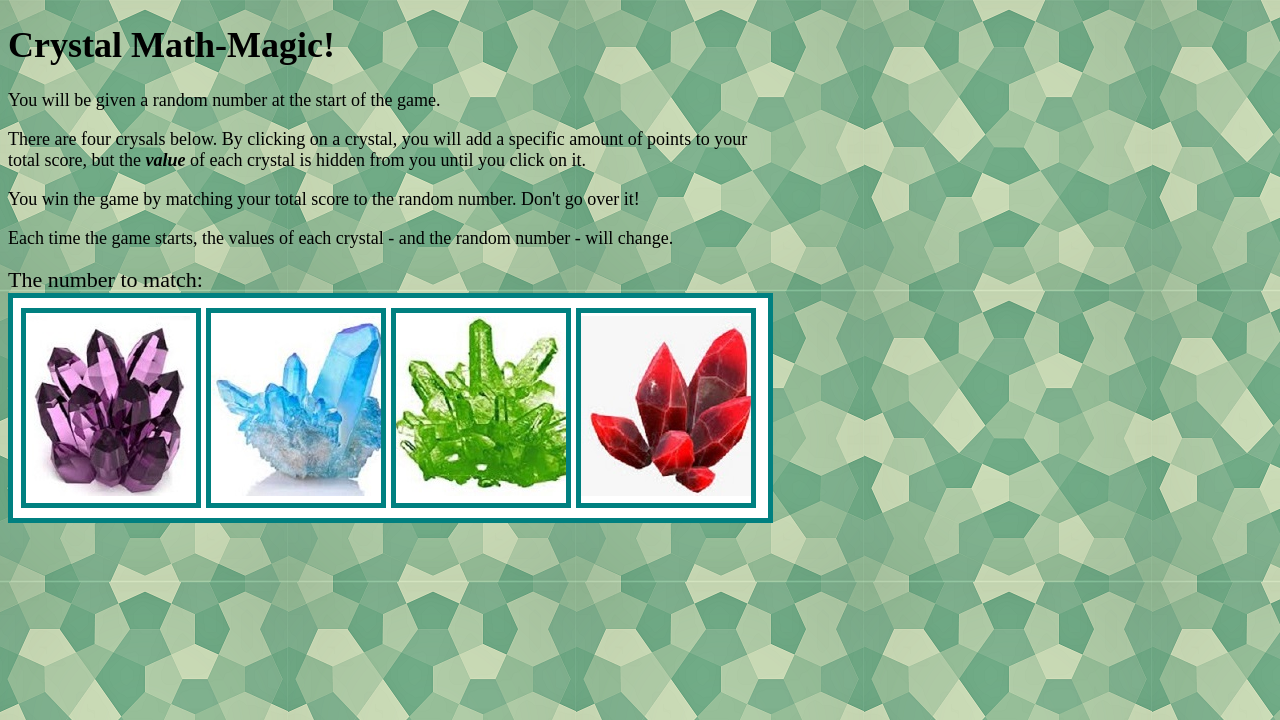
Repository: dsaftler/unit-4-game
Page: index.html
An editor plug-in stored every save of this project. The page is shown before and after the next save, followed by the edit.
The browser window is 1280 px wide. The pictures show the whole page.
Some web fonts or font styles are not loaded; a fallback is used.

Above is the page before, as saved 2019-04-01 19:29:18.

After the next save:
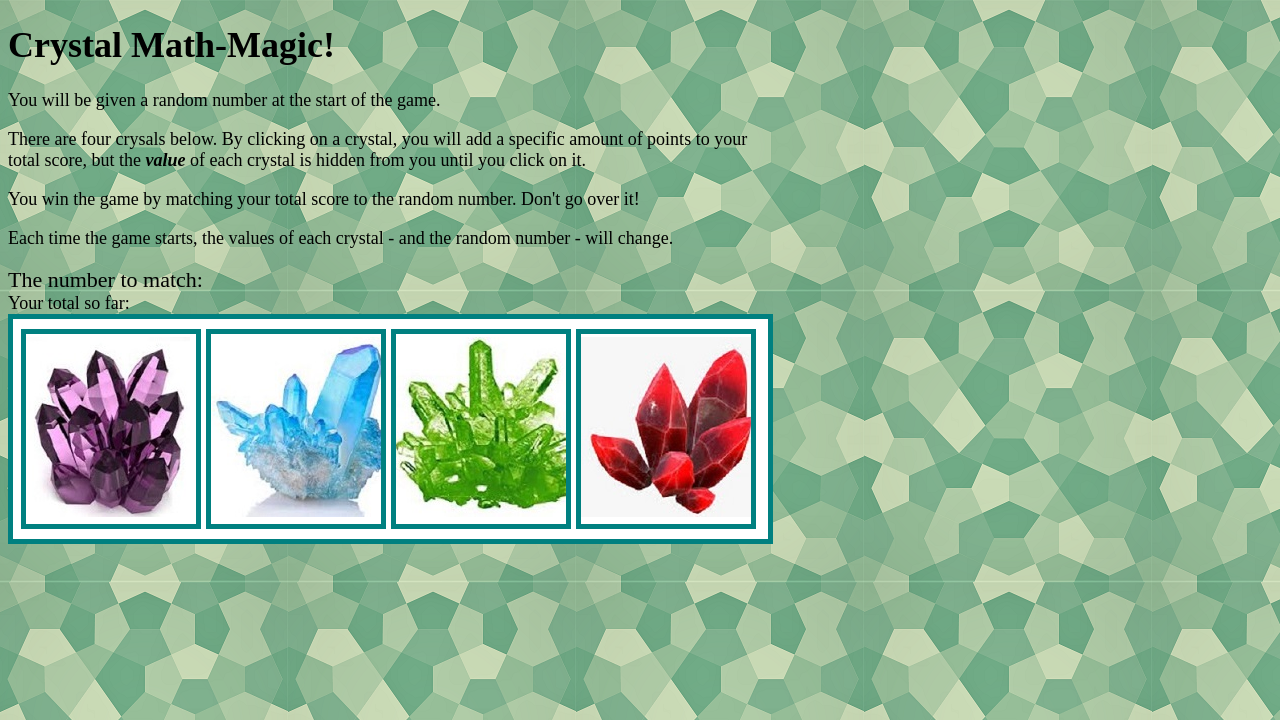
Saved 4 min 12 s later.
--- a/index.html
+++ b/index.html
@@ -18,7 +18,10 @@
 <p>You win the game by matching your total score to the random number. Don't go over it!</p>
 <p>Each time the game starts, the values of each crystal - and the random number - will change.</p>
 </div>
-<div class="showRandomTarget" id="randomTarget">The number to match:</div>
+<div class="scoring-area">
+  <div class="showRandomTarget half" id="randomTarget">The number to match:</div>
+  <div class="showCurrentTotal half" id="currentTotal">Your total so far:</div>
+</div>
 <div class="crystal-set">
   <div class="crystal clearfix" id="crystal_1"><img src="assets/images/crystal_1.jpg"></div>
   <div class="crystal clearfix" id="crystal_2"><img src="assets/images/crystal_2.jpg"></div>
